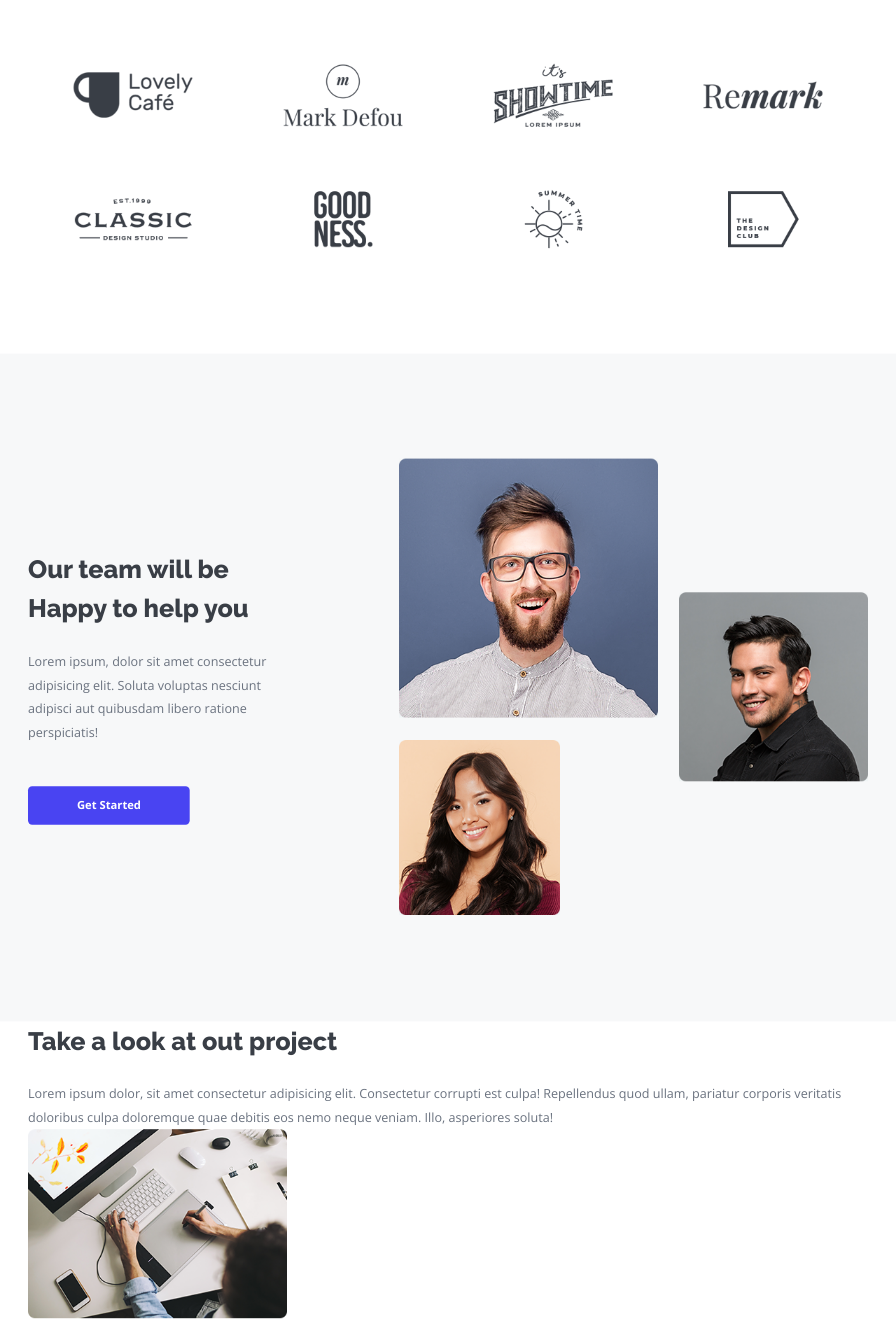
Repository: kate30980/LP-practiceoctavian
Page: index.html
These files come from the project's save history. The page is drawn as it stood at one moment and after the next save; the edit follows.
The browser window is 1280 px wide. The pictures show the part of the page from y = 3573 to 5493 px (the page is 5458 px tall before and 5493 px after), at 70% of full size.
The style sheet was rebuilt from its Sass, Less or Tailwind sources for each picture, by a compiler version that may differ from the author's.

Above is the page before, as saved 2021-08-25 16:44:11.

After the next save:
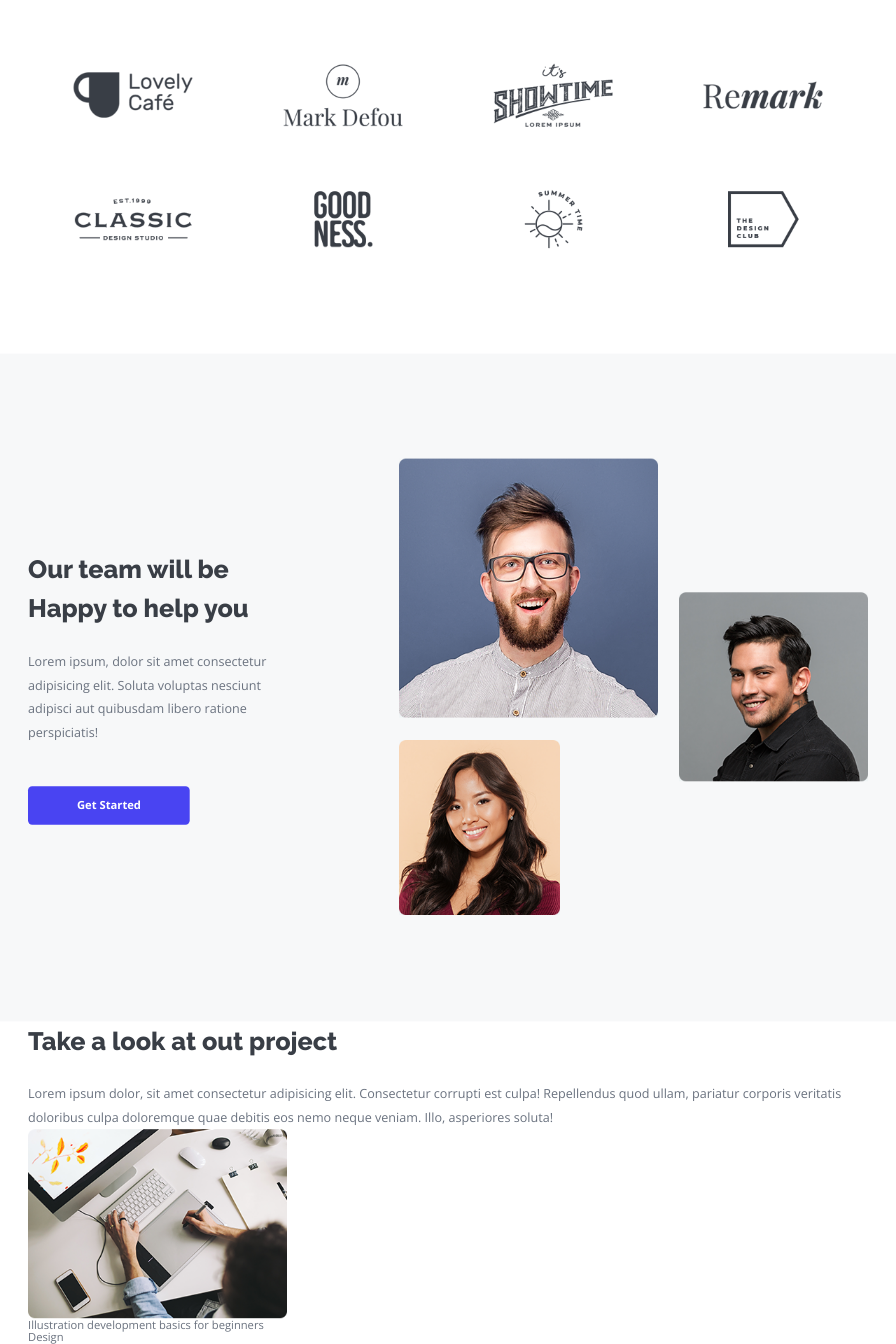
Saved 84 s later.
--- a/index.html
+++ b/index.html
@@ -195,6 +195,8 @@
                         <div class="blog-image">
                             <img src="./images/blog1.png" alt="blog1">
                         </div>
+                        <h3 class="blog-title">Illustration development basics for beginners</h3>
+                        <p class="blog-category">Design</p>
                     </div>
                 </div>
             </div>
